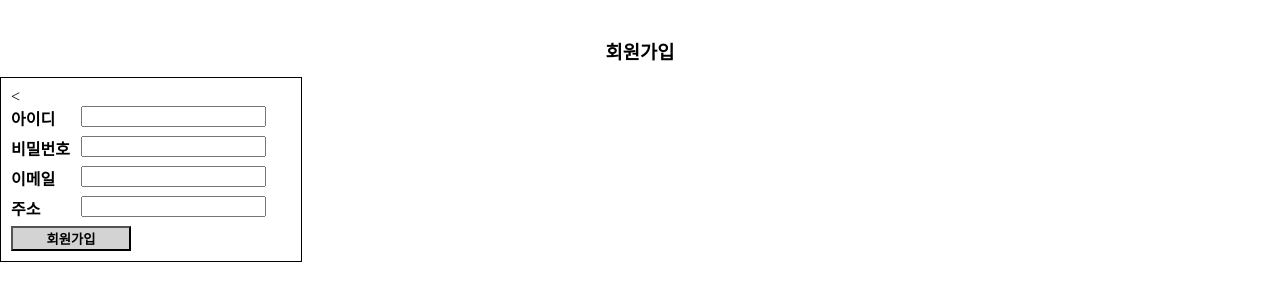
Repository: Gun-stack/jsp
Page: http://localhost/BankProj/Join.jsp
The author's editor kept a copy of each file at every save. The page is drawn from the files as they stood at one save, then again after the next save.
The browser window is 1280 px wide. The pictures show the whole page.
The page is served by Tomcat 9.

Above is the page before, as saved 2023-09-21 05:39:31.

After the next save:
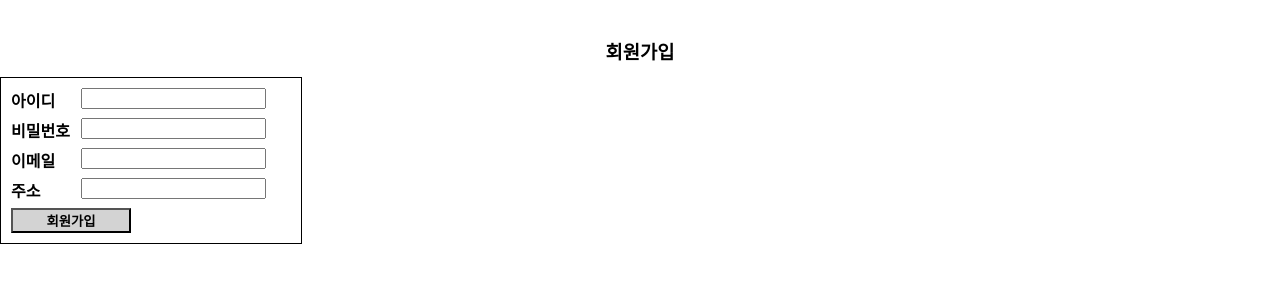
Saved 43 s later.
--- a/jsp_workspace/BankProj/BankProj/src/main/webapp/Join.jsp
+++ b/jsp_workspace/BankProj/BankProj/src/main/webapp/Join.jsp
@@ -48,7 +48,7 @@
                 <h3>회원가입</h3>
             </div>
             <div class="container">
-                <  <div class="row">
+                  <div class="row">
                     <div class="title">아이디</div>
                     <div class="input"><input type="text" name="id"></div>
                 </div>
